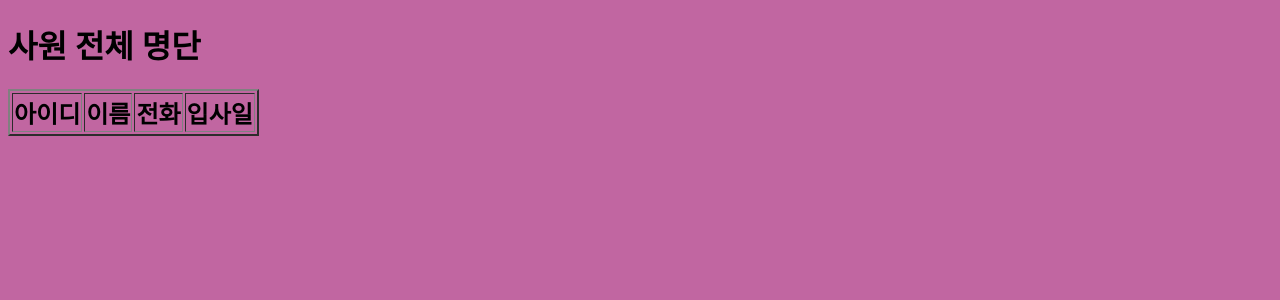
Repository: violetaplum/eclipseJSP
Page: http://localhost/JSP/jsp_DB/db_test.jsp
An editor plug-in stored every save of this project. The page is shown before and after the next save, followed by the edit.
The browser window is 1280 px wide. The pictures show the whole page.
The page is served by Tomcat 9. Queries for data that is not in the repository find no rows.

Above is the page before, as saved 2019-06-11 11:11:52.

After the next save:
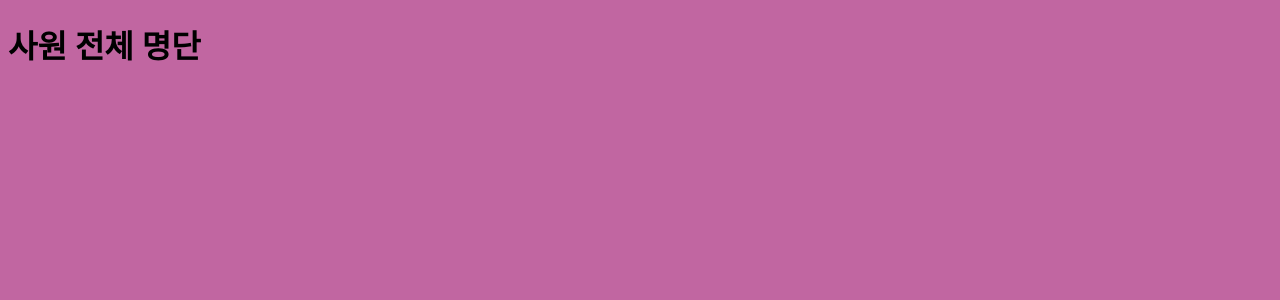
Saved 5 s later.
--- a/JSP/WebContent/jsp_DB/db_test.jsp
+++ b/JSP/WebContent/jsp_DB/db_test.jsp
@@ -34,21 +34,7 @@
 
     <h1>사원 전체 명단</h1>
     <h2>
-<table border=2>
-  <tr>
-    <th>
-      아이디
-    </th>
-    <th>
-      이름
-    </th>
-    <th>
-      전화
-    </th>
-    <th>
-      입사일
-    </th>
-  </tr>
+
   <%
   String sqlstr1 = "select * from teltable5";
   //String sqlstr1 = "select* from TelTable5 where id=1";
